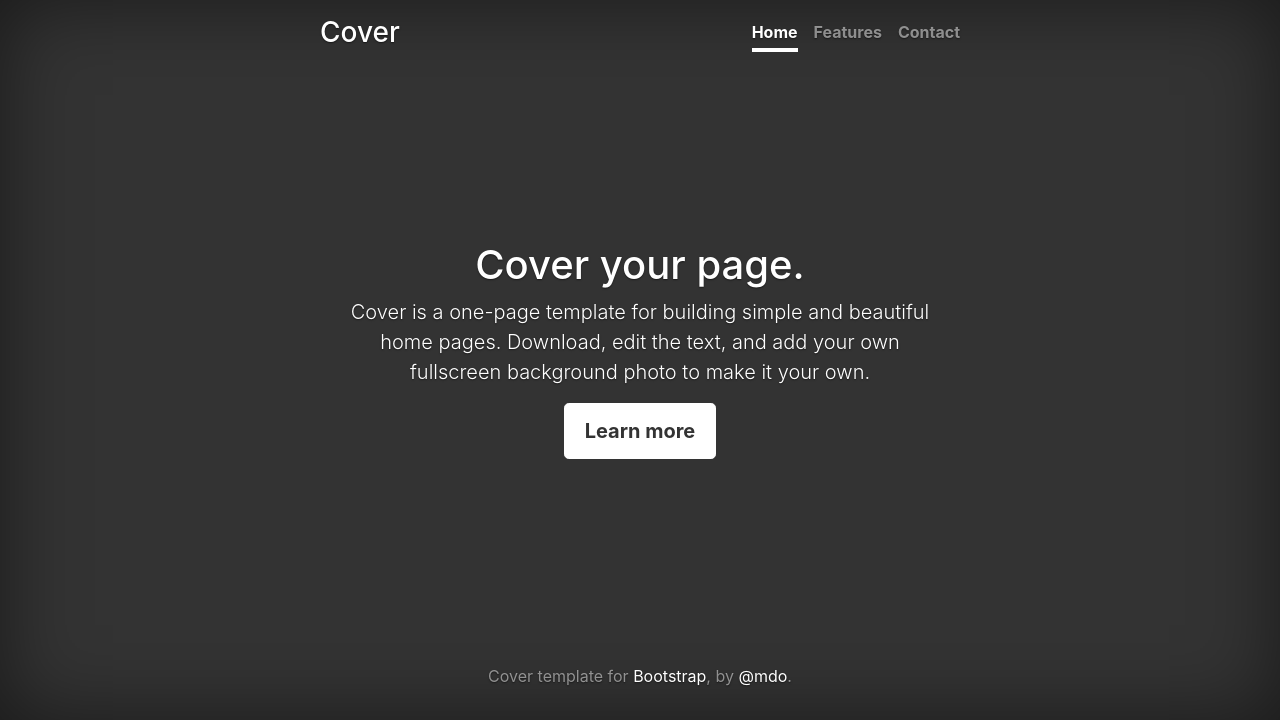
Repository: nmailan/nmailan.github.io
Page: index.html
These files come from the project's save history. The page is drawn as it stood at one moment and after the next save; the edit follows.
The browser window is 1280 px wide. The pictures show the whole page.
Some web libraries are served in a nearby version.

Above is the page before, as saved 2024-01-01 14:16:12.

### index.html
<!doctype html>
<html lang="en">
  <head>
    <meta charset="utf-8">
    <meta name="viewport" content="width=device-width, initial-scale=1, shrink-to-fit=no">
    <meta name="description" content="">
    <meta name="author" content="">
    <link rel="icon" href="../../../../favicon.ico">

    <title>Cover Template for Bootstrap</title>

    <!-- Bootstrap core CSS -->
    <link href="../../../../dist/css/bootstrap.min.css" rel="stylesheet">
    <link href='https://fonts.googleapis.com/css?family=Playfair Display' rel='stylesheet'>

    <!-- Custom styles for this template -->
    <link href="cover.css" rel="stylesheet">
  </head>

  <body class="text-center">

    <div class="cover-container d-flex h-100 p-3 mx-auto flex-column">
      <header class="masthead mb-auto">
        <div class="inner">
          <h3 class="masthead-brand">Cover</h3>
          <nav class="nav nav-masthead justify-content-center">
            <a class="nav-link active" href="#">Home</a>
            <a class="nav-link" href="#">Features</a>
            <a class="nav-link" href="#">Contact</a>
          </nav>
        </div>
      </header>

      <main role="main" class="inner cover">
        <h1 class="cover-heading">Cover your page.</h1>
        <p class="lead">Cover is a one-page template for building simple and beautiful home pages. Download, edit the text, and add your own fullscreen background photo to make it your own.</p>
        <p class="lead">
          <a href="#" class="btn btn-lg btn-secondary">Learn more</a>
        </p>
      </main>

      <footer class="mastfoot mt-auto">
        <div class="inner">
          <p>Cover template for <a href="https://getbootstrap.com/">Bootstrap</a>, by <a href="https://twitter.com/mdo">@mdo</a>.</p>
        </div>
      </footer>
    </div>


    <!-- Bootstrap core JavaScript
    ================================================== -->
    <!-- Placed at the end of the document so the pages load faster -->
    <script src="https://code.jquery.com/jquery-3.2.1.slim.min.js" integrity="sha384-KJ3o2DKtIkvYIK3UENzmM7KCkRr/rE9/Qpg6aAZGJwFDMVNA/GpGFF93hXpG5KkN" crossorigin="anonymous"></script>
    <script>window.jQuery || document.write('<script src="../../../../assets/js/vendor/jquery-slim.min.js"><\/script>')</script>
    <script src="../../../../assets/js/vendor/popper.min.js"></script>
    <script src="../../../../dist/js/bootstrap.min.js"></script>
  </body>
</html>

### cover.css
/*
 * Globals
 */

/* Links */
a,
a:focus,
a:hover {
  color: #fff;
}

/* Custom default button */
.btn-secondary,
.btn-secondary:hover,
.btn-secondary:focus {
  color: #333;
  text-shadow: none; /* Prevent inheritance from `body` */
  background-color: #fff;
  border: .05rem solid #fff;
}


/*
 * Base structure
 */

html,
body {
  height: 100%;
  background-color: #333;
}

body {
  display: -ms-flexbox;
  display: -webkit-box;
  display: flex;
  -ms-flex-pack: center;
  -webkit-box-pack: center;
  justify-content: center;
  color: #fff;
  text-shadow: 0 .05rem .1rem rgba(0, 0, 0, .5);
  box-shadow: inset 0 0 5rem rgba(0, 0, 0, .5);
}

.cover-container {
  max-width: 42em;
}


/*
 * Header
 */
.masthead {
  margin-bottom: 2rem;
}

.masthead-brand {
  margin-bottom: 0;
}

.nav-masthead .nav-link {
  padding: .25rem 0;
  font-weight: 700;
  color: rgba(255, 255, 255, .5);
  background-color: transparent;
  border-bottom: .25rem solid transparent;
}

.nav-masthead .nav-link:hover,
.nav-masthead .nav-link:focus {
  border-bottom-color: rgba(255, 255, 255, .25);
}

.nav-masthead .nav-link + .nav-link {
  margin-left: 1rem;
}

.nav-masthead .active {
  color: #fff;
  border-bottom-color: #fff;
}

@media (min-width: 48em) {
  .masthead-brand {
    float: left;
  }
  .nav-masthead {
    float: right;
  }
}


/*
 * Cover
 */
.cover {
  padding: 0 1.5rem;
}
.cover .btn-lg {
  padding: .75rem 1.25rem;
  font-weight: 700;
}


/*
 * Footer
 */
.mastfoot {
  color: rgba(255, 255, 255, .5);
}

Loaded but not shown: dist/css/bootstrap.min.css (library); dist/js/bootstrap.min.js (library)

After the next save:
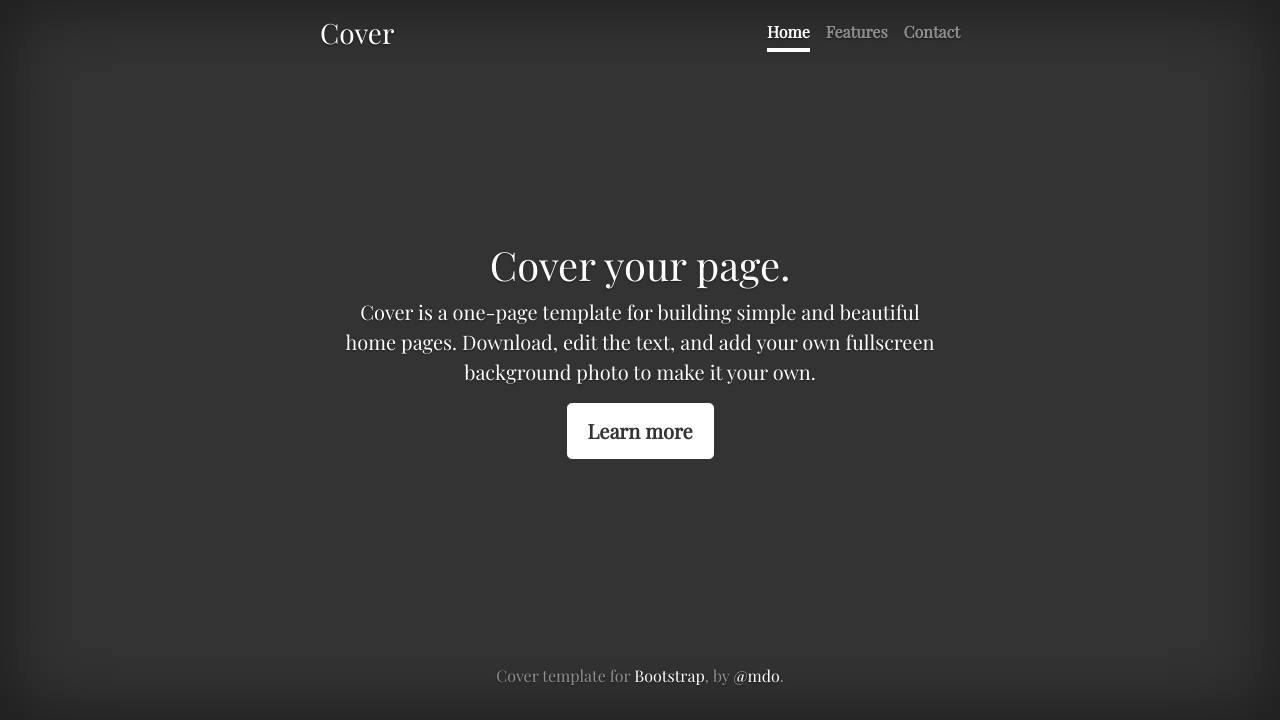
Saved 25 s later.
--- a/cover.css
+++ b/cover.css
@@ -28,6 +28,7 @@ html,
 body {
   height: 100%;
   background-color: #333;
+  font-family: 'Playfair Display';
 }
 
 body {
